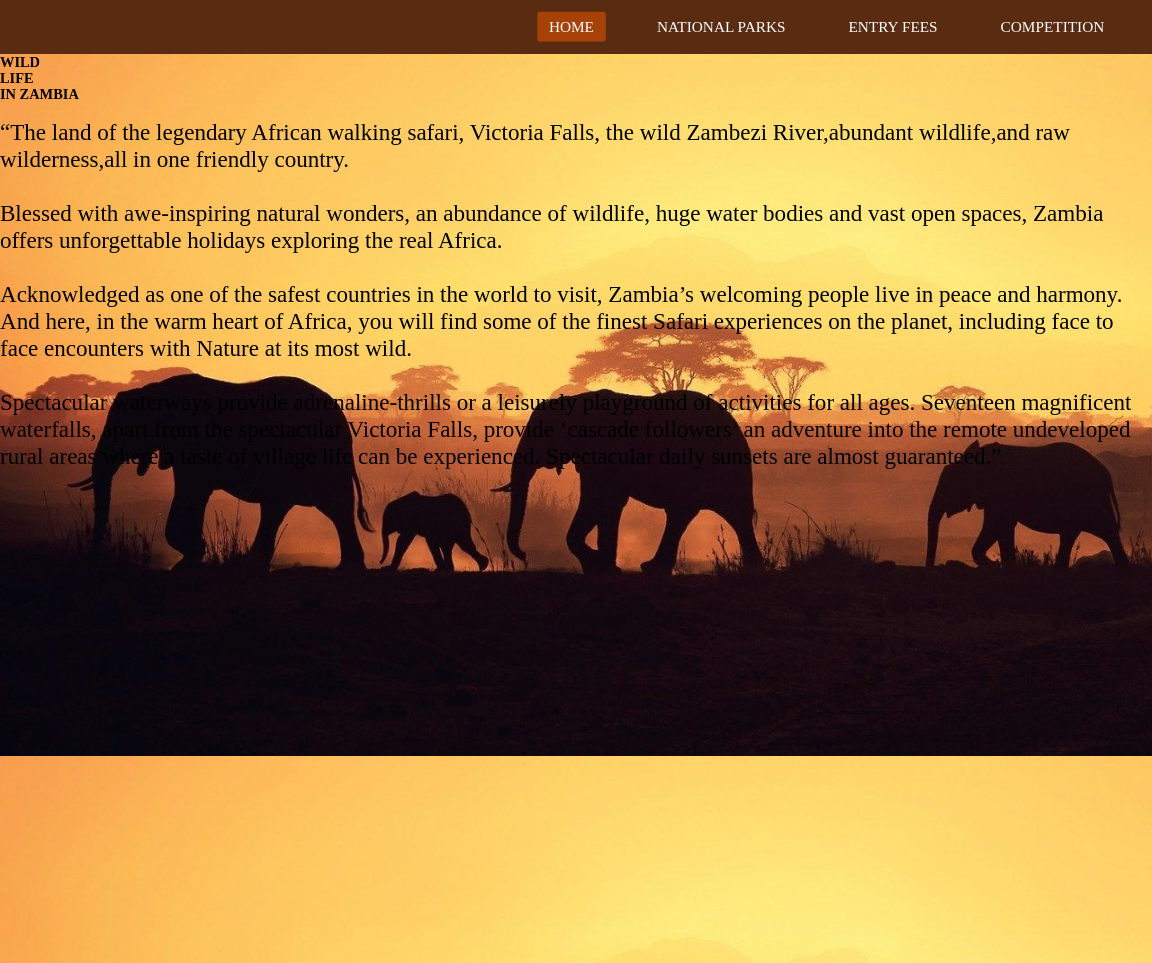
Repository: Lungdjos/web_assignment_3rd_yr
Page: home/index.html
The author's editor kept a copy of each file at every save. The page is drawn from the files as they stood at one save, then again after the next save.
The browser window is 1280 px wide. The pictures show the whole page, at 90% of full size.
Some web libraries are served in a nearby version.

Above is the page before, as saved 2021-06-18 15:16:40.

### home/index.html
<!DOCTYPE html>
<html lang="en">

<head>
    <meta charset="UTF-8">
    <meta http-equiv="X-UA-Compatible" content="IE=edge">
    <meta name="viewport" content="width=device-width, initial-scale=1.0">
    <link rel="stylesheet" href="index.css">


    <title>Home</title>
    <script src="https://kit.fontawesome.com/a076d05399.js"></script>
</head>

<body>
    <nav>
        <input type="checkbox" id="check">
        <label for="check" class="checkbtn">
            <i class="fas fa-bars"></i>
        </label>
        <label class="logo">  </label>

        <ul>
            <li><a class="active" href="#">Home</a></li>
            <li><a class="dropdown" href="#">National Parks</a>
                <ul class="drop">
                    <li>
                        <a href="/national parks/lower_zambezi/Lower_Zambezi.html">Lower Zambezi</a>
                    </li>
                    <li>
                        <a href="/national parks/mosi-oa-tunia/Mosi-oa-Tunya.html">Mosi oa Tunia</a>
                    </li>
                    <li>
                        <a href="/national parks/south_luangwa/South_Luangwa.html">South Luangwa</a>
                    </li>
                    <li>
                        <a href="/national parks/north_luangwa/North_Luangwa.html">North Luangwa</a>
                    </li>
                </ul>
            </li>
            <li><a href="/entry fee/entry_fee.html">Entry Fees</a></li>
            <li><a href="/competition/competition.html">Competition</a></li>

        </ul>
    </nav>
    <div>
        <section>
            <div>
                <p class="welcome">
                    <strong id="01">WILD</strong><br>
                    <strong id="02">LIFE</strong><br>
                    <strong id="03">IN ZAMBIA</strong>
                </p>
            </div>
            <br>
            <div>
                <p class="para2">
                    <q>The land of the legendary African walking safari, Victoria Falls, the wild Zambezi River,abundant wildlife,and raw wilderness,all in one friendly country. <br><br>Blessed with awe-inspiring natural wonders, an abundance of wildlife,
                    huge water bodies and vast open spaces, Zambia offers unforgettable holidays exploring the real Africa. <br><br>Acknowledged as one of the safest countries in the world to visit, Zambia’s welcoming people live in peace and harmony. And here,
                    in the warm heart of Africa, you will find some of the finest Safari experiences on the planet, including face to face encounters with Nature at its most wild.<br> <br>Spectacular waterways provide adrenaline-thrills or a leisurely playground
                    of activities for all ages. Seventeen magnificent waterfalls, apart from the spectacular Victoria Falls, provide ‘cascade followers’ an adventure into the remote undeveloped rural areas where a taste of village life can be experienced.
                    Spectacular daily sunsets are almost guaranteed.</q></p>
            </div>

        </section>
    </div>


</body>

</html>

### home/index.css
    * {
        padding: 0;
        margin: 0;
        text-decoration: none;
        box-sizing: border-box;
    }

    body {
        font-family: montserrat;
    }

    nav {
        background: #592C12;
        height: 60px;
        width: 100%;
    }

    label.logo {
        color: white;
        font-size: 35;
        line-height: 60px;
        padding: 0 100px;
        font-weight: bold;
    }

    nav ul {
        float: right;
        margin-right: 20px;
    }

    nav ul li {
        display: inline-block;
        line-height: 60px;
        margin: 0 20px;
    }

    nav ul li a {
        color: white;
        font-size: 17px;
        padding: 7px 13px;
        border-radius: 3px;
        text-transform: uppercase;
    }

    a.active,
    a:hover {
        background: #A64208;
        transition: 0.5s;
    }

    .checkbtn {
        font-size: 30px;
        color: white;
        float: right;
        line-height: 60px;
        margin-right: 40px;
        cursor: pointer;
        display: none;
    }

    #check {
        display: none;
    }

    @media (max-width: 1080px) {
        label.logo {
            font-size: 30px;
            padding-left: 50px;
        }
        nav ul li a {
            font-size: 16px;
        }
    }

    @media (max-width: 1080px) {
        .checkbtn {
            display: block;
        }
        ul {
            position: fixed;
            width: 100%;
            height: 100vh;
            background: #592C12;
            top: 80px;
            left: -100%;
            text-align: center;
            transition: all 0.5s;
        }
        nav ul li {
            display: block;
            margin: 50px 0;
            line-height: 20px;
        }
        nav ul li a {
            font-size: 20px;
            font-family: Arial, Helvetica, sans-serif;
        }
        a:hover,
        a.active {
            background: none;
            color: #F2D1B3;
        }
        #check:checked~ul {
            left: 0;
        }
    }

    section {
        background: url(/assets/images/elephants.jpg);
        background-size: no repeat;
        height: calc(150vh - 70px);
    }
    /**New Content Added*/

    nav ul li ul a {
        display: block;
        padding: 0 15px;
        color: white;
        text-decoration: none;
    }

    nav ul li:hover>ul {
        display: block;
    }

    nav ul ul {
        position: absolute;
        top: 30px;
        list-style-type: none;
        line-height: 60px;
    }

    nav ul ul li {
        display: none;
    }

    nav ul ul a {
        width: 100%;
        float: none;
        display: list-item;
        position: relative;
    }

    nav ul ul li a {
        display: list-item;
        list-style-type: none;
        position: inherit;
    }
    /**Wild Life Formatting*/

    strong#01 {
        font-size: 100px;
        font-family: Arial, Helvetica, sans-serif;
    }

    strong#02 {
        margin-left: 100px;
    }

    .para2 {
        font-variant-position: initial;
        font-size: 1.6em;
        color: black;
    }

After the next save:
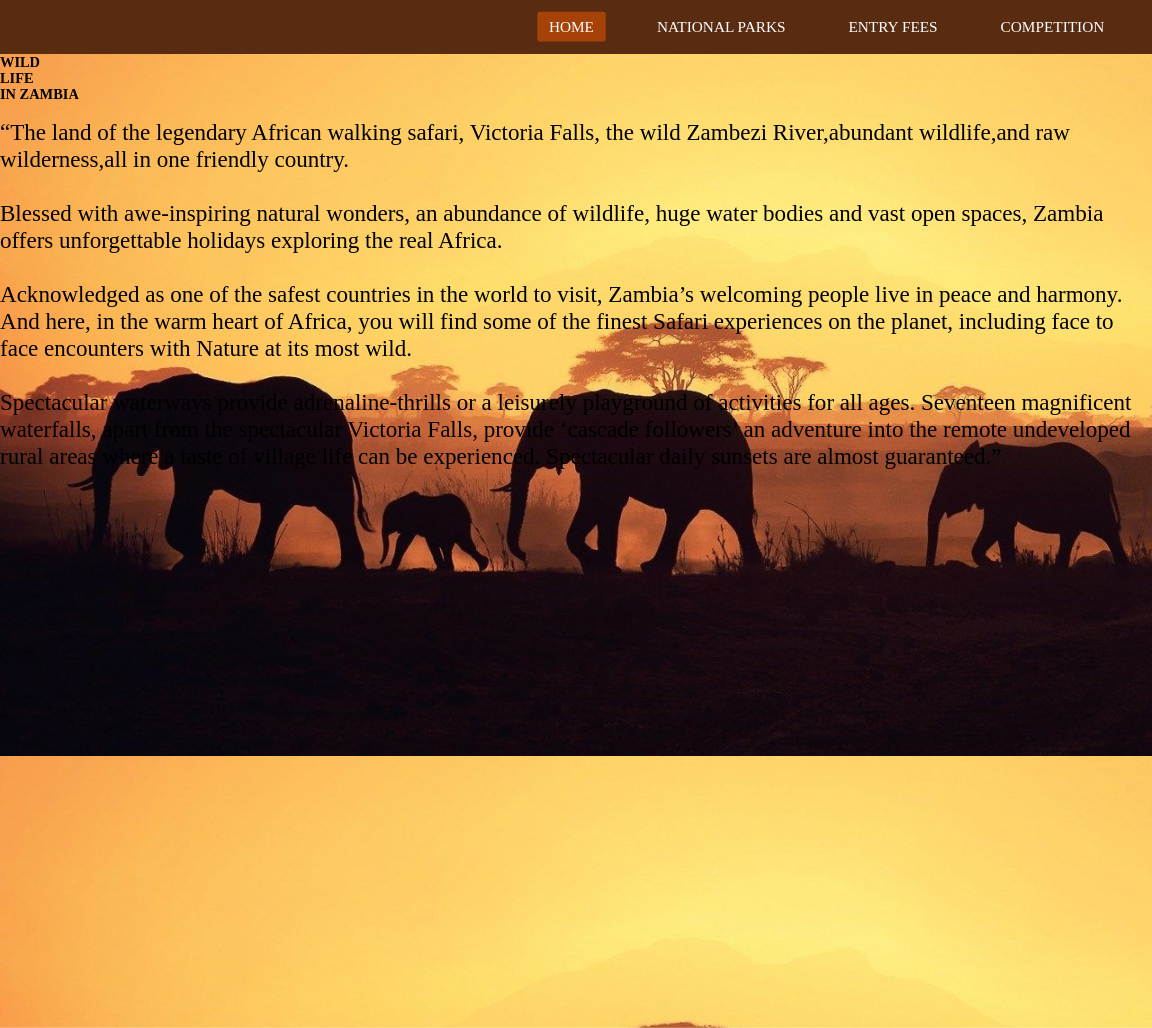
Saved 7 s later.
--- a/home/index.css
+++ b/home/index.css
@@ -108,7 +108,7 @@
     section {
         background: url(/assets/images/elephants.jpg);
         background-size: no repeat;
-        height: calc(150vh - 70px);
+        height: calc(160vh - 70px);
     }
     /**New Content Added*/
 
